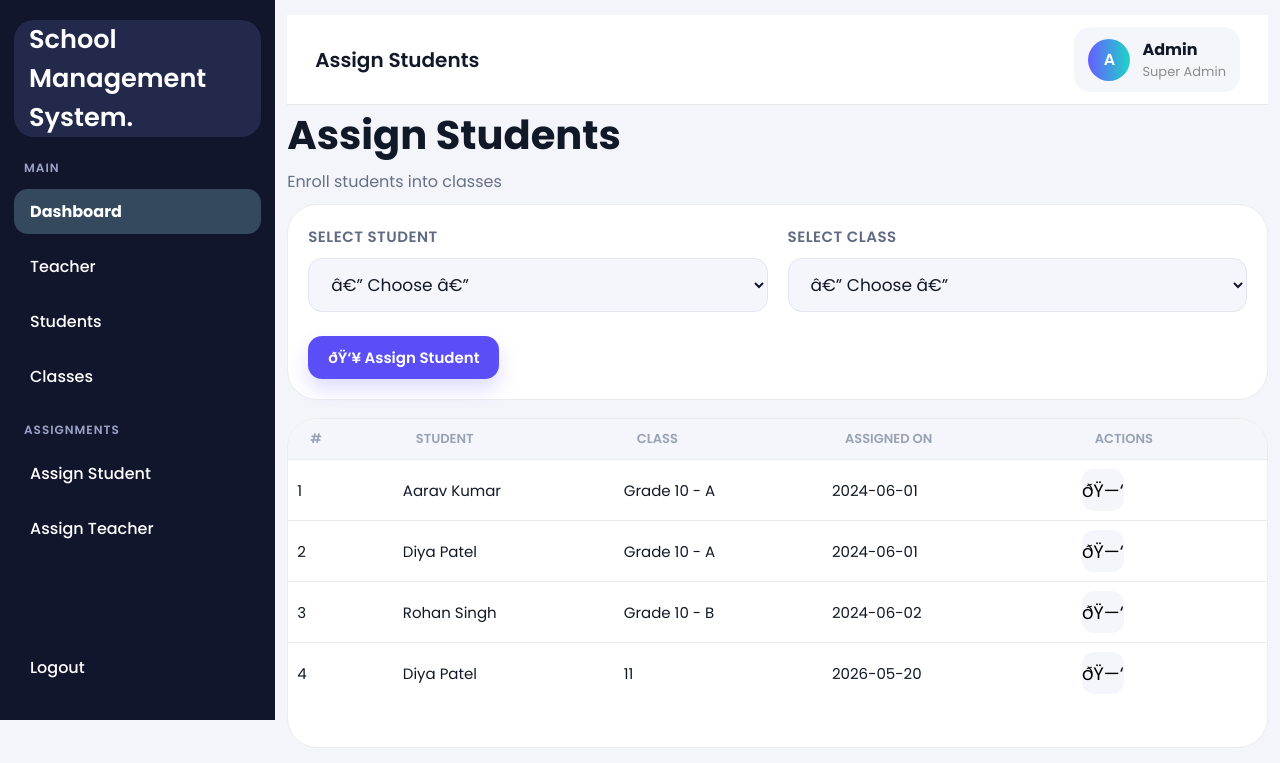
Repository: rohit-rk-07/school_management_system
Page: http://localhost/School_Management_System/admin/assignStudent.jsp
These files come from the project's save history. The page is drawn as it stood at one moment and after the next save; the edit follows.
The browser window is 1280 px wide. The pictures show the whole page.
The page is served by Tomcat 10. Other server files are loaded and not shown.

Above is the page before, as saved 2026-05-21 10:24:11.

### School_Management_System/src/main/webapp/admin/assignStudent.jsp
<!DOCTYPE html>
<html lang="en">

<head>

    <meta charset="UTF-8">
    <meta name="viewport" content="width=device-width, initial-scale=1.0">

    <title>Assign Students UI</title>

    <link rel="preconnect" href="https://fonts.googleapis.com">

    <link href="https://fonts.googleapis.com/css2?family=Poppins:wght@300;400;500;600;700&display=swap"
        rel="stylesheet">

    <style>

        *{
            margin:0;
            padding:0;
            box-sizing:border-box;
            font-family:'Poppins',sans-serif;
        }

        body{
            background:#f4f5fb;
            color:#111827;
            display: flex;
            flex-direction: row;
            justify-content: space-between;
            align-items: start;
        }

        /* =========================
           TOPBAR
        ========================== */

        .assignStudentTopbar{
            width:100%;
            background:#ffffff;
            padding:12px 28px;
            display:flex;
            justify-content:space-between;
            align-items:center;
            border-bottom:1px solid #e7e7e7;
        }

        .assignStudentTopbarTitle{
            font-size:20px;
            font-weight:600;
        }

        .assignStudentAdminProfile{
            display:flex;
            align-items:center;
            gap:12px;
            background:#f5f6fb;
            padding:10px 14px;
            border-radius:16px;
        }

        .assignStudentAdminAvatar{
            width:42px;
            height:42px;
            border-radius:50%;
            background:linear-gradient(to right,#675cff,#1dd5c8);
            display:flex;
            align-items:center;
            justify-content:center;
            color:#ffffff;
            font-weight:600;
        }

        .assignStudentAdminRole{
            font-size:13px;
            color:#8c8c8c;
        }

        /* =========================
           PAGE CONTAINER
        ========================== */

        .assignStudentPageContainer{
            padding:15px 12px;
            width: 80%;
        }

        .assignStudentPageHeading{
            font-size:40px;
            font-weight:700;
        }

        .assignStudentPageSubtitle{
            color:#667085;
            margin-top:4px;
            margin-bottom:10px;
        }

        /* =========================
           FORM CARD
        ========================== */

        .assignStudentFormCard{
            background:#ffffff;
            border-radius:30px;
            padding:20px;
            border:1px solid #ececec;
            margin-bottom:18px;
        }

        .assignStudentFormGrid{
            display:grid;
            grid-template-columns:1fr 1fr;
            gap:20px;
        }

        .assignStudentFormGroup{
            display:flex;
            flex-direction:column;
        }

        .assignStudentFormLabel{
            margin-bottom:10px;
            font-size:15px;
            font-weight:600;
            color:#5f6b85;
            letter-spacing:0.5px;
        }

        .assignStudentSelectInput{
            width:100%;
            height:54px;
            border:none;
            outline:none;
            background:#f5f6fb;
            border-radius:14px;
            padding:0 18px;
            font-size:17px;
            border:1px solid #e2e5ef;
            color:#111827;
            cursor:pointer;
        }

        /* =========================
           ASSIGN BUTTON
        ========================== */

        .assignStudentButton{
            margin-top:24px;
            border:none;
            background:#5c4ef7;
            color:#ffffff;
            padding:10px 20px;
            border-radius:14px;
            font-size:15px;
            font-weight:600;
            cursor:pointer;
            transition:0.3s;
            box-shadow:0 10px 20px rgba(92,78,247,0.2);
        }

        .assignStudentButton:hover{
            background:#4e40ee;
        }

        /* =========================
           TABLE CARD
        ========================== */

        .assignStudentTableCard{
            background:#ffffff;
            border-radius:30px;
            overflow-y: scroll;
            height: 330px;
            border:1px solid #ececec;
        }

        /* =========================
           TABLE
        ========================== */

        .assignStudentDataTable{
            width:100%;
            border-collapse:collapse;
            overflow-y: scroll;
        }

        .assignStudentDataTable thead{
            background:#f5f6fb;
        }

        .assignStudentDataTable th{
            text-align:left;
            padding:10px 22px;
            font-size:13px;
            color:#98a2b3;
            font-weight:600;
        }

        .assignStudentDataTable td{
            padding:9px;
            border-top:1px solid #ececec;
            font-size:15px;
        }

        /* =========================
           DELETE BUTTON
        ========================== */

        .assignStudentDeleteButton{
            width:42px;
            height:42px;
            border:none;
            border-radius:12px;
            background:#f5f6fb;
            cursor:pointer;
            font-size:18px;
        }

        /* =========================
           RESPONSIVE
        ========================== */

        @media(max-width:768px){

            .assignStudentFormGrid{
                grid-template-columns:1fr;
            }

            .assignStudentDataTable{
                display:block;
                overflow-x:auto;
            }

        }

    </style>

</head>

<body>

    <!-- =========================
         TOPBAR
    ========================== -->
	<jsp:include page="sidebar.jsp" />


    <!-- =========================
         PAGE CONTENT
    ========================== -->

    <div class="assignStudentPageContainer">

    <div class="assignStudentTopbar">

        <h2 class="assignStudentTopbarTitle">
            Assign Students
        </h2>

        <div class="assignStudentAdminProfile">

            <div class="assignStudentAdminAvatar">
                A
            </div>

            <div>

                <h4>Admin</h4>

                <p class="assignStudentAdminRole">
                    Super Admin
                </p>

            </div>

        </div>

    </div>

        <!-- PAGE TITLE -->

        <h1 class="assignStudentPageHeading">
            Assign Students
        </h1>

        <p class="assignStudentPageSubtitle">
            Enroll students into classes
        </p>

        <!-- FORM CARD -->

        <div class="assignStudentFormCard">

            <div class="assignStudentFormGrid">

                <!-- STUDENT -->

                <div class="assignStudentFormGroup">

                    <label class="assignStudentFormLabel">
                        SELECT STUDENT
                    </label>

                    <select class="assignStudentSelectInput">

                        <option>
                            — Choose —
                        </option>

                        <option>
                            Aarav Kumar
                        </option>

                        <option>
                            Diya Patel
                        </option>

                        <option>
                            Rohan Singh
                        </option>

                        <option>
                            Sneha Gupta
                        </option>

                    </select>

                </div>

                <!-- CLASS -->

                <div class="assignStudentFormGroup">

                    <label class="assignStudentFormLabel">
                        SELECT CLASS
                    </label>

                    <select class="assignStudentSelectInput">

                        <option>
                            — Choose —
                        </option>

                        <option>
                            Grade 10 - A
                        </option>

                        <option>
                            Grade 10 - B
                        </option>

                        <option>
                            Grade 11 - A
                        </option>

                    </select>

                </div>

            </div>

            <!-- BUTTON -->

            <button class="assignStudentButton">
                👥 Assign Student
            </button>

        </div>

        <!-- TABLE CARD -->

        <div class="assignStudentTableCard">

            <table class="assignStudentDataTable">

                <thead>

                    <tr>

                        <th>#</th>
                        <th>STUDENT</th>
                        <th>CLASS</th>
                        <th>ASSIGNED ON</th>
                        <th>ACTIONS</th>

                    </tr>

                </thead>

                <tbody>

                    <tr>

                        <td>1</td>

                        <td>
                            Aarav Kumar
                        </td>

                        <td>
                            Grade 10 - A
                        </td>

                        <td>
                            2024-06-01
                        </td>

                        <td>

                            <button class="assignStudentDeleteButton">
                                🗑
                            </button>

                        </td>

                    </tr>

                    <tr>

                        <td>2</td>

                        <td>
                            Diya Patel
                        </td>

                        <td>
                            Grade 10 - A
                        </td>

                        <td>
                            2024-06-01
                        </td>

                        <td>

                            <button class="assignStudentDeleteButton">
                                🗑
                            </button>

                        </td>

                    </tr>

                    <tr>

                        <td>3</td>

                        <td>
                            Rohan Singh
                        </td>

                        <td>
                            Grade 10 - B
                        </td>

                        <td>
                            2024-06-02
                        </td>

                        <td>

                            <button class="assignStudentDeleteButton">
                                🗑
                            </button>

                        </td>

                    </tr>

                    <tr>

                        <td>4</td>

                        <td>
                            Diya Patel
                        </td>

                        <td>
                            11
                        </td>

                        <td>
                            2026-05-20
                        </td>

                        <td>

                            <button class="assignStudentDeleteButton">
                                🗑
                            </button>

                        </td>

                    </tr>


                </tbody>

            </table>

        </div>

    </div>

</body>

</html>

### School_Management_System/src/main/webapp/admin/sidebar.jsp
<!DOCTYPE html>
<html lang="en">
<head>
  <meta charset="UTF-8" />
  <meta name="viewport" content="width=device-width, initial-scale=1.0"/>
  <title>School Sidebar</title>

  <style type="text/css">
  *{
  margin:0;
  padding:0;
  box-sizing:border-box;
}

body{
  font-family:'Poppins',sans-serif;
  background:#f4f5fa;
}

.schoolSidebar{
  width:280px;
  height:100vh;
  background:#11162d;
  color:#ffffff;
  padding:20px 14px;
  display:flex;
  flex-direction:column;
  justify-content:space-between;
  /*border-top-right-radius:20px;
  border-bottom-right-radius:20px;*/
  transition:0.3s;
}

.schoolSidebarLogo {
    font-size: 1.6rem;
    font-weight: 600;
    background: #23294b;
    border-radius: 20px;
    padding: 0 15px;
    }

schoolSidebarLogo{
  border-radius:14px;
  background:#23294b;
  display:flex;
  align-items:start;
  justify-content:start;
  font-size:20px;
  margin-bottom:35px;
}

.schoolSidebarMenuTitle{
  color:#9ca3c7;
  font-size:12px;
  letter-spacing:1px;
  margin:22px 10px 12px;
  font-weight:600;
}

.schoolSidebarMenuList{
  list-style:none;
}

.schoolSidebarMenuItem{
  display:flex;
  align-items:center;
  gap:14px;
  padding:10px 16px;
  border-radius:14px;
  margin-bottom:10px;
  color:#b6bdd9;
  cursor:pointer;
  transition:0.3s;
  font-size:15px;
  font-weight:500;
}

.schoolSidebarMenuItem a{
  font-size:16px;
  text-decoration: none;
  color: #fff;
  width: 100%;
  height: 100%;
}

.schoolSidebarMenuItem:hover{
  background:#242b4d;
  color:#ffffff;
}

.schoolSidebarActive{
  background:#4d44cc;
  color:#ffffff;
}

.schoolSidebarMenuItem {

    transition: background-color 0.2s ease;
}


.schoolSidebarMenuItem.schoolSidebarActive {
    background-color: #34495e;
}

.schoolSidebarMenuItem.schoolSidebarActive a {
    color: #ffffff;
    font-weight: bold;
}

@media(max-width:768px){

  .schoolSidebar{
    width:100%;
    height:auto;
    border-radius:0;
  }

}
  </style>

  <link rel="preconnect" href="https://fonts.googleapis.com">
  <link href="https://fonts.googleapis.com/css2?family=Poppins:wght@300;400;500;600;700&display=swap" rel="stylesheet">
</head>

<body>

  <aside class="schoolSidebar">

    <div class="schoolSidebarTop">

      <div class="schoolSidebarLogo">
        School Management System.
      </div>

      <div class="schoolSidebarMenuTitle">
        MAIN
      </div>

      <ul class="schoolSidebarMenuList">

        <li class="schoolSidebarMenuItem schoolSidebarActive">
          <a href="/School_Management_System/admin/dashboard/dashboard.jsp">Dashboard</a>
        </li>

        <li class="schoolSidebarMenuItem">
          <a href="/School_Management_System/admin/manage_teacher/addteacher.jsp">Teacher</a>

        </li>

        <li class="schoolSidebarMenuItem">
          <a href="/School_Management_System/admin/manage_student/addstudent.jsp">Students</a>
        </li>

        <li class="schoolSidebarMenuItem">
          <a href="/School_Management_System/admin/manage_classes/addclasses.jsp">Classes</a>
        </li>

      </ul>

      <div class="schoolSidebarMenuTitle">
        ASSIGNMENTS
      </div>

      <ul class="schoolSidebarMenuList">

        <li class="schoolSidebarMenuItem">
          <a href="/School_Management_System/admin/assign_student/assignStudent.jsp">Assign Student</a>
        </li>

        <li class="schoolSidebarMenuItem">
          <a href="/School_Management_System/admin/assign_teacher/assignTeacher.jsp">Assign Teacher</a>
        </li>

      </ul>

    </div>

    <div class="schoolSidebarBottom">

      <ul class="schoolSidebarMenuList">

        <li class="schoolSidebarMenuItem">
          <a href="/School_Management_System/login/login.jsp">Logout</a>
        </li>

      </ul>

    </div>

  </aside>

  <script>

  document.addEventListener("DOMContentLoaded", function () {
    const currentPath = window.location.pathname;
    const menuLinks = document.querySelectorAll(".schoolSidebarMenuList a");

    menuLinks.forEach(link => {
        const linkPath = link.getAttribute("href");

        if (currentPath.endsWith(linkPath)) {
            document.querySelectorAll(".schoolSidebarMenuItem").forEach(item => {
                item.classList.remove("schoolSidebarActive");
            });

            link.closest(".schoolSidebarMenuItem").classList.add("schoolSidebarActive");
        }
    });
});

  </script>

</body>
</html>

After the next save:
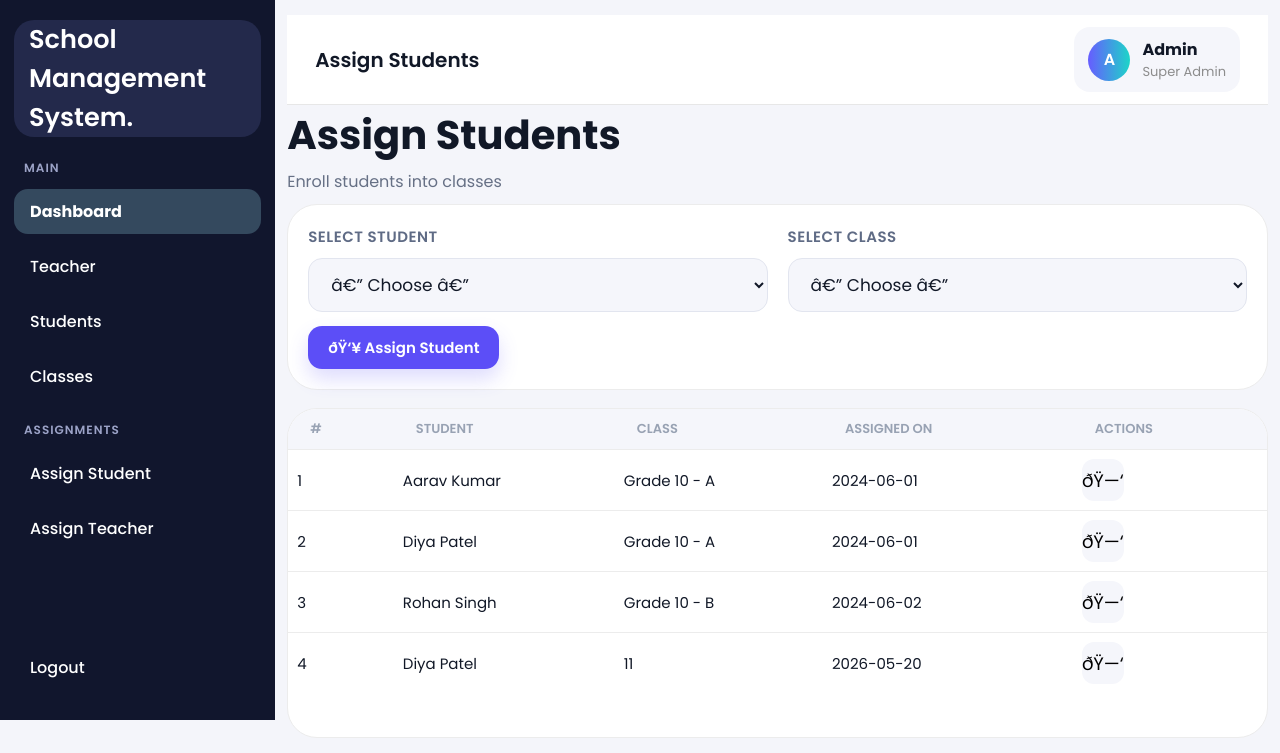
Saved 42 min 32 s later.
--- a/School_Management_System/src/main/webapp/admin/assignStudent.jsp
+++ b/School_Management_System/src/main/webapp/admin/assignStudent.jsp
@@ -146,7 +146,7 @@
         ========================== */
 
         .assignStudentButton{
-            margin-top:24px;
+            margin-top:14px;
             border:none;
             background:#5c4ef7;
             color:#ffffff;
